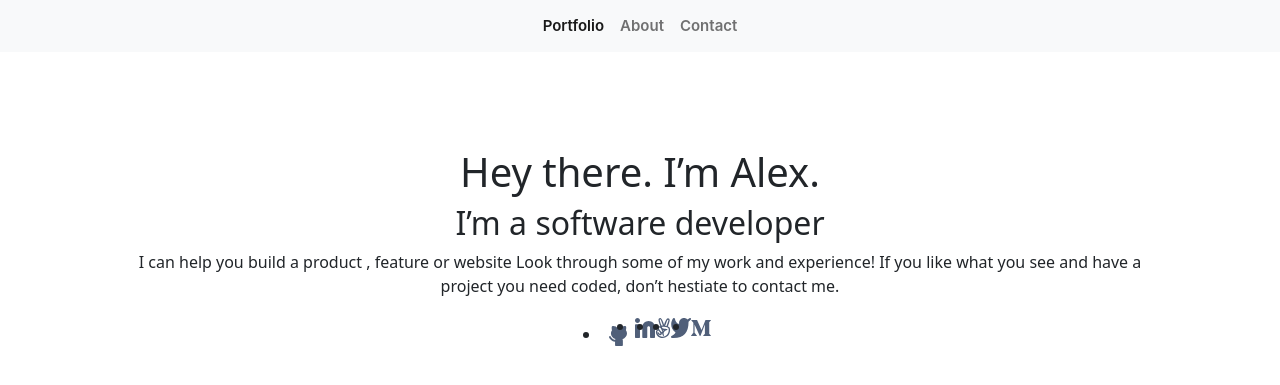
Repository: mustabbas/mustDico-Bootstrap
Page: index.html
These files come from the project's save history. The page is drawn as it stood at one moment and after the next save; the edit follows.
The browser window is 1280 px wide. The pictures show the whole page.

Above is the page before, as saved 2021-08-25 20:48:52.

### index.html
<!DOCTYPE html>
<html lang="en">
<head>
    <meta charset="UTF-8">
    <meta name="viewport" content="width=device-width, initial-scale=1.0">
    <meta http-equiv="X-UA-Compatible" content="ie=edge">
    <link rel="stylesheet" href="styles.css" />
    <title>MustDico's-Portfolio</title>
    <!-- CSS only -->
<link href="https://cdn.jsdelivr.net/npm/bootstrap@5.1.0/dist/css/bootstrap.min.css" rel="stylesheet" integrity="sha384-KyZXEAg3QhqLMpG8r+8fhAXLRk2vvoC2f3B09zVXn8CA5QIVfZOJ3BCsw2P0p/We" crossorigin="anonymous">
</head>
<body>
    <nav class="navbar navbar-expand-lg navbar-light bg-light">
        <div class="container-fluid">
          <button class="navbar-toggler" type="button" data-bs-toggle="collapse" data-bs-target="#navbarNav" aria-controls="navbarNav" aria-expanded="false" aria-label="Toggle navigation">
            <span class="navbar-toggler-icon"></span>
          </button>
          <div class="collapse navbar-collapse justify-content-center" id="navbarNav">
            <ul class="navbar-nav">
              <li class="nav-item">
                <a class="nav-link active" aria-current="page" href="#">Portfolio</a>
              </li>
              <li class="nav-item">
                <a class="nav-link" href="#">About</a>
              </li>
              <li class="nav-item">
                <a class="nav-link" href="#">Contact</a>
              </li>
            </ul>
          </div>
        </div>
      </nav>
      <section class="container mt-5 p-5">
            <h1 class="text-center">Hey there. I’m Alex.</h1>
            <h2 class="text-center">I’m a software developer</h2>
            <p class="text-center"> I can help you build a product , feature or website Look through some of my work and experience! If you like what you see and have a project you need coded,
                don’t hestiate to contact me.</p>
                <ul class="d-flex justify-content-center ">
                    <li class="p-2"><img src="./img/github_dark.svg" alt="Vector-github" /></li>
                    <li><img src="./img/linkedin.svg" alt="Vecto-linkedin" /></li>
                    <li><img src="./img/angellist_dark.svg" alt="Vecto-angellist" /></li>
                    <li><img src="./img/twitter_dark.svg" alt="Vector-twitter" /></li>
                    <li><img src="./img/medium_dark.svg" alt="Vector-medium" /></li>
                </ul>
      </section>

    <!-- JavaScript Bundle with Popper -->
<script src="https://cdn.jsdelivr.net/npm/bootstrap@5.1.0/dist/js/bootstrap.bundle.min.js" integrity="sha384-U1DAWAznBHeqEIlVSCgzq+c9gqGAJn5c/t99JyeKa9xxaYpSvHU5awsuZVVFIhvj" crossorigin="anonymous"></script>
</body>
</html>

### styles.css

.nav-item {
    font-family: Inter;
    font-style: normal;
    font-weight: 600;
    font-size: 15px;
    line-height: 20px;
    color: #344563;
}

After the next save:
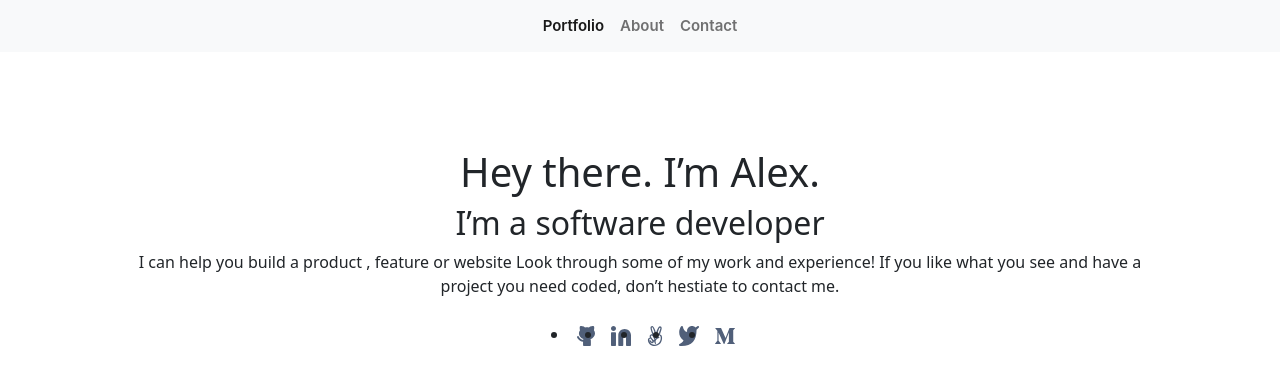
Saved 16 s later.
--- a/index.html
+++ b/index.html
@@ -37,10 +37,10 @@
                 don’t hestiate to contact me.</p>
                 <ul class="d-flex justify-content-center ">
                     <li class="p-2"><img src="./img/github_dark.svg" alt="Vector-github" /></li>
-                    <li><img src="./img/linkedin.svg" alt="Vecto-linkedin" /></li>
-                    <li><img src="./img/angellist_dark.svg" alt="Vecto-angellist" /></li>
-                    <li><img src="./img/twitter_dark.svg" alt="Vector-twitter" /></li>
-                    <li><img src="./img/medium_dark.svg" alt="Vector-medium" /></li>
+                    <li class="p-2"><img src="./img/linkedin.svg" alt="Vecto-linkedin" /></li>
+                    <li class="p-2"><img src="./img/angellist_dark.svg" alt="Vecto-angellist" /></li>
+                    <li class="p-2"><img src="./img/twitter_dark.svg" alt="Vector-twitter" /></li>
+                    <li class="p-2"><img src="./img/medium_dark.svg" alt="Vector-medium" /></li>
                 </ul>
       </section>
 
